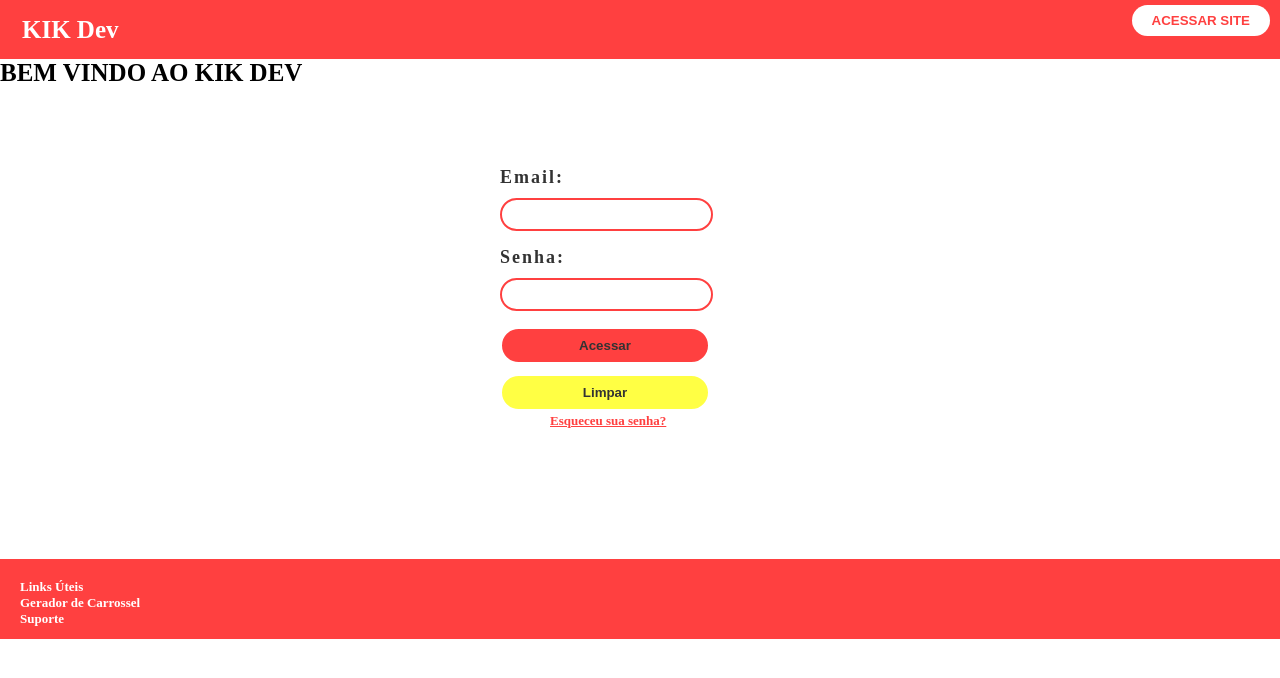
Repository: devgabrielvieira/kikdev
Page: index.html
These files come from the project's save history. The page is drawn as it stood at one moment and after the next save; the edit follows.
The browser window is 1280 px wide. The pictures show the whole page.

Above is the page before, as saved 2022-10-30 20:12:50.

After the next save:
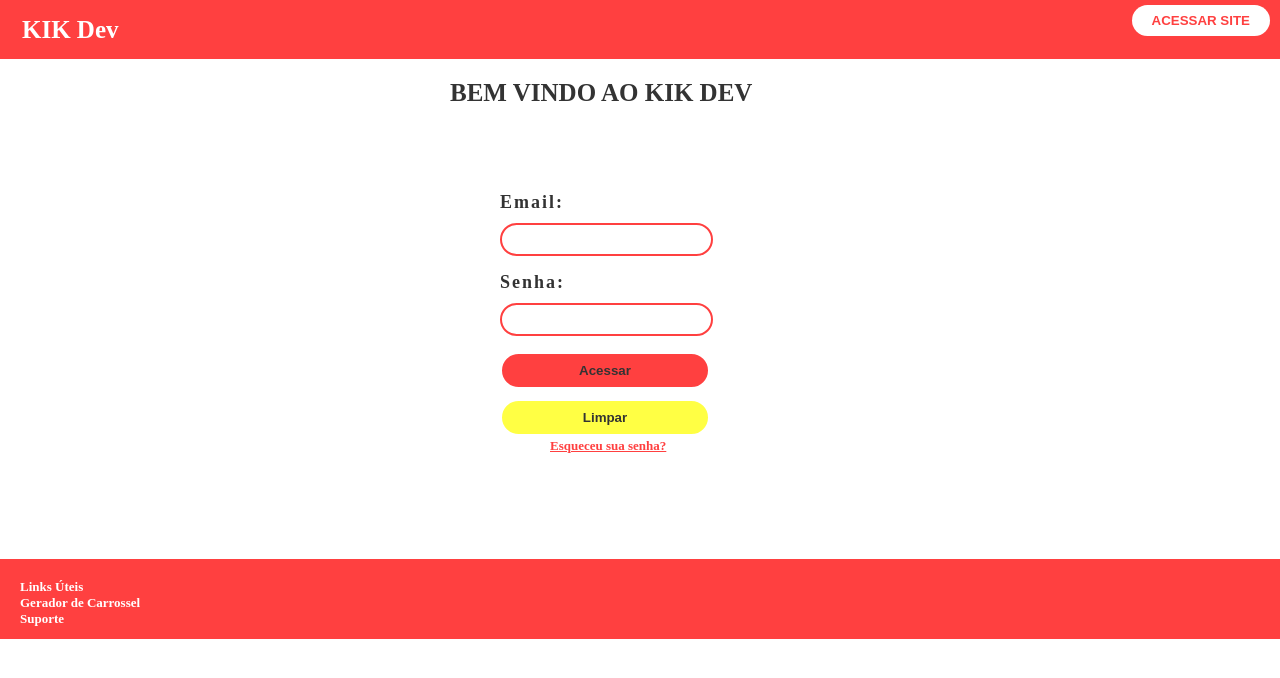
Saved 5 s later.
--- a/style.css
+++ b/style.css
@@ -189,6 +189,6 @@ h3 {
   font-size: 25px;
   width: 100%;
   display: inline-flex;
-  /* margin: 20px 50px 5px 450px;
+  margin: 20px 50px 5px 450px;
   color: #333333;
 }
